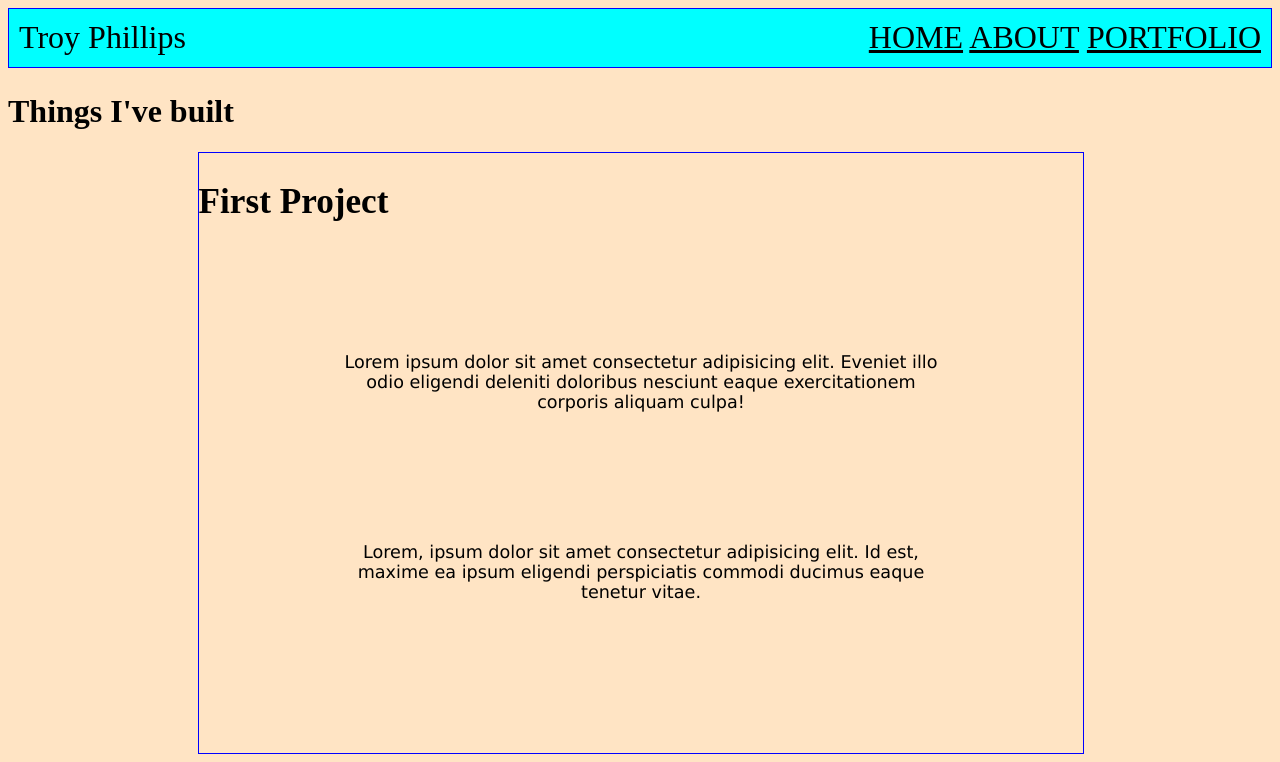
Repository: TheTroyPhillips/Personal-website
Page: portfolio.html
The author's editor kept a copy of each file at every save. The page is drawn from the files as they stood at one save, then again after a run of saves.
The browser window is 1280 px wide. The pictures show the whole page.

Above is the page before, as saved 2023-09-10 22:36:11.

After the next 2 saves:
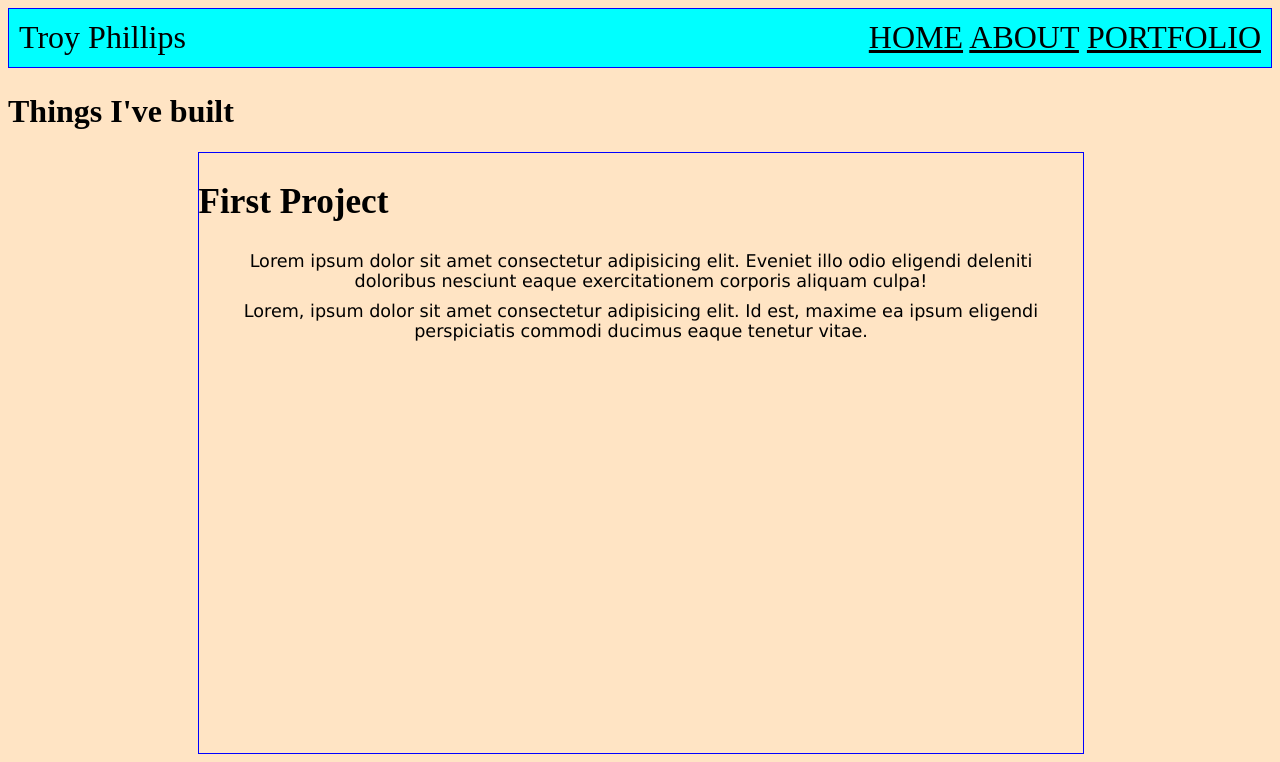
The 2 saves are shown as one change because they came seconds apart.
The last was saved 7 s later.
--- a/style.css
+++ b/style.css
@@ -58,5 +58,5 @@ h2{
 }
 .extra{
     font-size: 1.1rem;
-
+    margin: 10px;
 }
